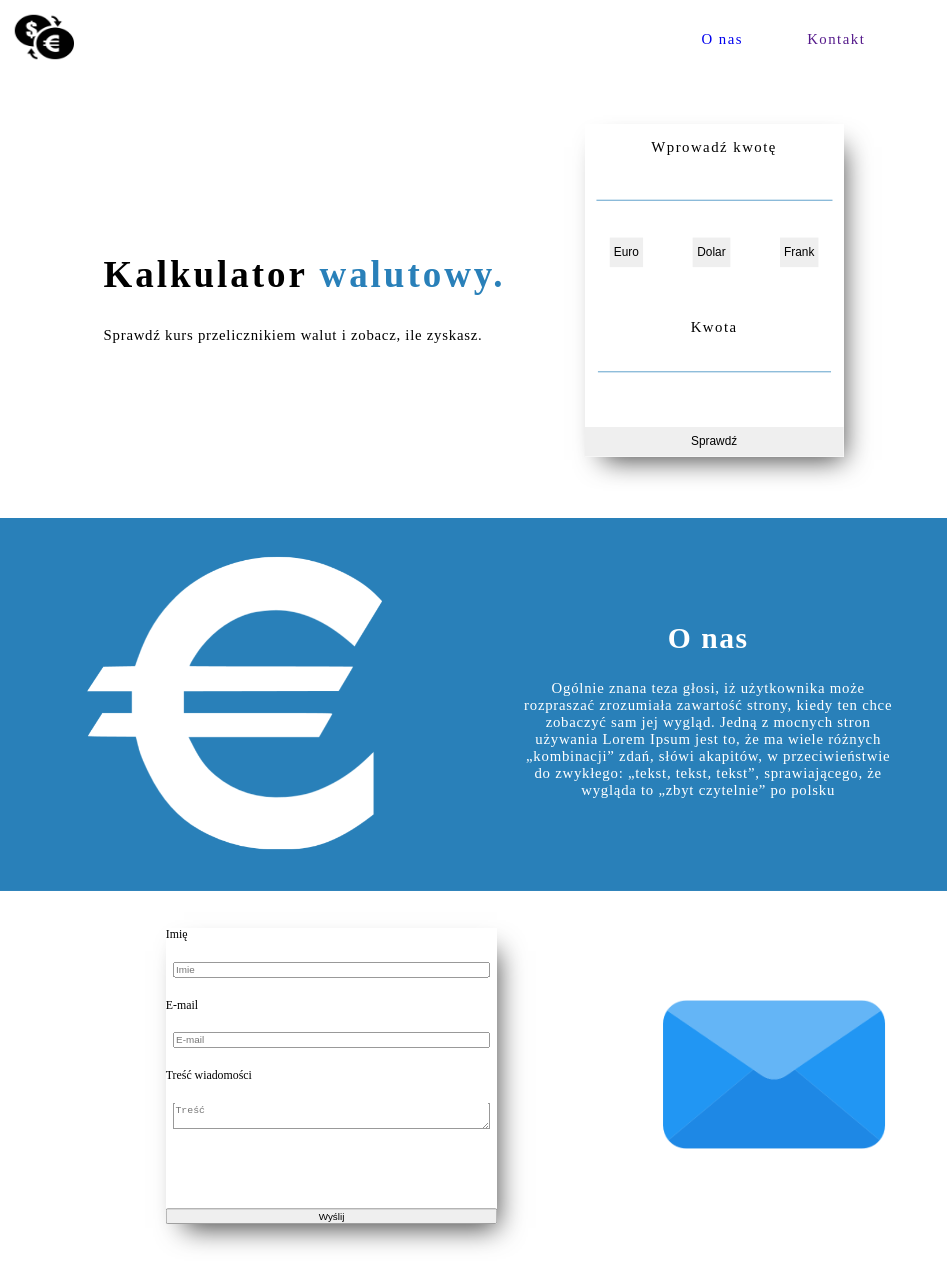
Repository: SebastianArmata22/Kalkulator-walut
Page: index.html
The author's editor kept a copy of each file at every save. The page is drawn from the files as they stood at one save, then again after the next save.
The browser window is 1280 px wide. The pictures show the whole page, at 74% of full size.

Above is the page before, as saved 2020-10-24 14:06:25.

### index.html
<!DOCTYPE html>

<html>
    <head>
        <meta charset="utf-8">
        <meta http-equiv="X-UA-Compatible" content="IE=edge">
        <title>Kalkulator walut</title>
        <meta name="description" content="">
        <meta name="viewport" content="width=device-width, initial-scale=1">
        <link rel="stylesheet" href="style.css">
    </head>
    <body>

    <div class="container">
        <nav>
        <div class="menu-container">
            <div class="logo">
                <img src="./photos/logo.png">
            </div>
            <div class="menu">
                <ul>
                    <li><a href="#about-us">O nas</a></li>
                    <li><a href="">Kontakt</a></li>
                </ul>
            </div>
        </div>
        </nav>
        <section>
        <div class="main-content">
            <div class="calculator-content">
            <div class="text">
                <h1>Kalkulator <span>walutowy.</span></h1>
                <p>Sprawdź kurs przelicznikiem walut i zobacz, ile zyskasz.</p>
            </div>
            <div class="calculator ">
                <label for="inputNumber" class="text-label">Wprowadź kwotę</label><br>
                <input type="text" id="inputNumber">
                    <div class="inp-div">
                        <button id="euro">Euro</button>
                        <button id="euro">Dolar</button>
                        <button id="euro">Frank</button>
                    </div>
                <label for="outputNumber" class="text-label"> Kwota</label><br>
                <div id="outputNumber"></div>
                <button id="check">Sprawdź</button>
            </div>
        </div>
        <div class="about-us" id="about-us">
            <div class="photo-euro">
                <img src="./photos/euro-512.png">
            </div>
            <div class="abous-us-contact">
                <h1>O  nas</h1>
                <p>Ogólnie  znana  teza  głosi,  iż  użytkownika  może  rozpraszać  zrozumiała
                    zawartość  strony, kiedy ten chce zobaczyć sam jej wygląd.
                    Jedną z mocnych stron używania Lorem Ipsum jest to, że ma wiele różnych
                     „kombinacji” zdań, słówi akapitów, w przeciwieństwie do zwykłego: „tekst,
                        tekst,   tekst”,   sprawiającego,   że   wygląda   to   „zbyt   czytelnie”
                           po   polsku</p>
            </div>
        </div>
        </section>
        <div class="contact">
            <div class="contact-form-container">
            <form class="contact-form">
                <label for="">Imię</label><br />
                <input class="name" type="text" placeholder="Imie"><br />
                <label for="">E-mail</label><br />
                <input class="email" type="email" placeholder="E-mail"><br />
                <label for="">Treść wiadomości</label><br />
                <textarea class="text-area"  placeholder="Treść"></textarea>
                <button>Wyślij</button>

            </form>
        </div>
            <div class="contact-img">
                <img src="./photos/email.png">
            </div>
        </div>
    </div>
    </div>
        <script src="script.js" ></script>
    </body>
</html>

### style.css
body{
    margin: 0;
    padding: 0;
    box-sizing: border-box;
}
.container{
width: 100%;
}
.menu-container{
    position: relative;
    display: flex;
    align-items: center;
}
.logo img{
    position: relative;
    top: 0;
    left: 0;
    height: 60px;
    width: 80px;
    padding: 20px;
}
.menu{

    position: absolute;
    right: 0;
   margin-right: 50px;
}
.menu ul li{
    display: inline-flex;
    justify-content: space-around;
}
.menu ul li a{
    display: flex;
    text-decoration: none;
    height: 50px;
    width: 100px;
    justify-content: center;
    align-items: center;
    font-size: 20px;
    letter-spacing: 2px;
    margin-right: 50px;
}

.menu ul li a:hover{
    border-bottom: 5px solid #2980b9;
    margin-bottom: -5px;
    transition: all 0.3s ease-out;

}
.main-content{
    display: flex;
    align-items: center;
    justify-content: center;
    flex-wrap: wrap;
}
.calculator-content{
    min-width: 1000px;
    height: 80vh;
    display: flex;
    align-items: center;
    justify-content:space-between;
}
.calculator{
    display: flex;
    flex-direction: column;
    box-shadow: 12px 18px 35px -13px rgba(0,0,0,0.75);
    height: 450px;
    width: 350px;
    text-align: center;
}
.text h1{
    font-size: 50px;
    letter-spacing: 4px;
}
.text p{
    font-size: 20px;
    letter-spacing: 1px;

}
#outputNumber{
    width: 90%;
    height: 30px;
    border-bottom: 1px solid #2980b9;
    margin: auto;
    margin-top: 0;

}
.calculator button{
    height: 40px;
    border-style: none;
    font-size: 16px;
}
.calculator button:hover{
    background-color: #2980b9;
    color: white;
    transition: all 0.3s ease-out;
}
.calculator input[type=text]{
    border-style: none;
    height: 40px;
    border-bottom: 1px solid #2980b9;
    width: 90%;
    margin: auto;
    margin-top: 0px;
    margin-bottom: 50px;
}
.text-label{
    margin-top: 20px;
    font-size: 20px;
    letter-spacing: 2px;
}

.inp-div{
    display: flex;
    flex-direction: row;
    align-items: center;
    justify-content: space-around;

}

.inp-div button{
margin-bottom: 50px;
}
.text span{
    color: #2980b9;
}
.about-us{
    display: flex;
    justify-content: space-around;
    align-items: center;
    margin-top: 20px;
    text-align: center;
    background-color: #2980b9;
}
.about-us img{
    height: 400px;
}
.abous-us-contact{
    width: 40%;
}
.abous-us-contact h1{
    letter-spacing: 2px;
    font-size: 40px;
    color: white;
}
.abous-us-contact p{
    font-size: 20px;
    letter-spacing: 1px;
    color: white;

}
.photo-euro{
    padding: 50px;
}
.contact{
    display: flex;
    align-items: center;
    justify-content: space-s;
    margin: 50px 0 50px 0;
}
.contact-form{
    display: flex;
    flex-direction: column;
    box-shadow: 12px 18px 35px -13px rgba(0,0,0,0.75);
    width: 50%;
    height: 400px;
    position: relative;

}
.contact-form input {
    margin: 10px;
}
.contact-form textarea
{
    margin: 10px;
}
.contact-form button{
position: absolute;
bottom: 0;
width: 100%;
}

.contact-form-container{
    width: 70%;
    display: flex;
    align-items: center;
    justify-content: center;
}
.contact-img img{
max-width: 300px;

}

Loaded but not shown: script.js (no copy from this time; the picture is the same without it)

After the next save:
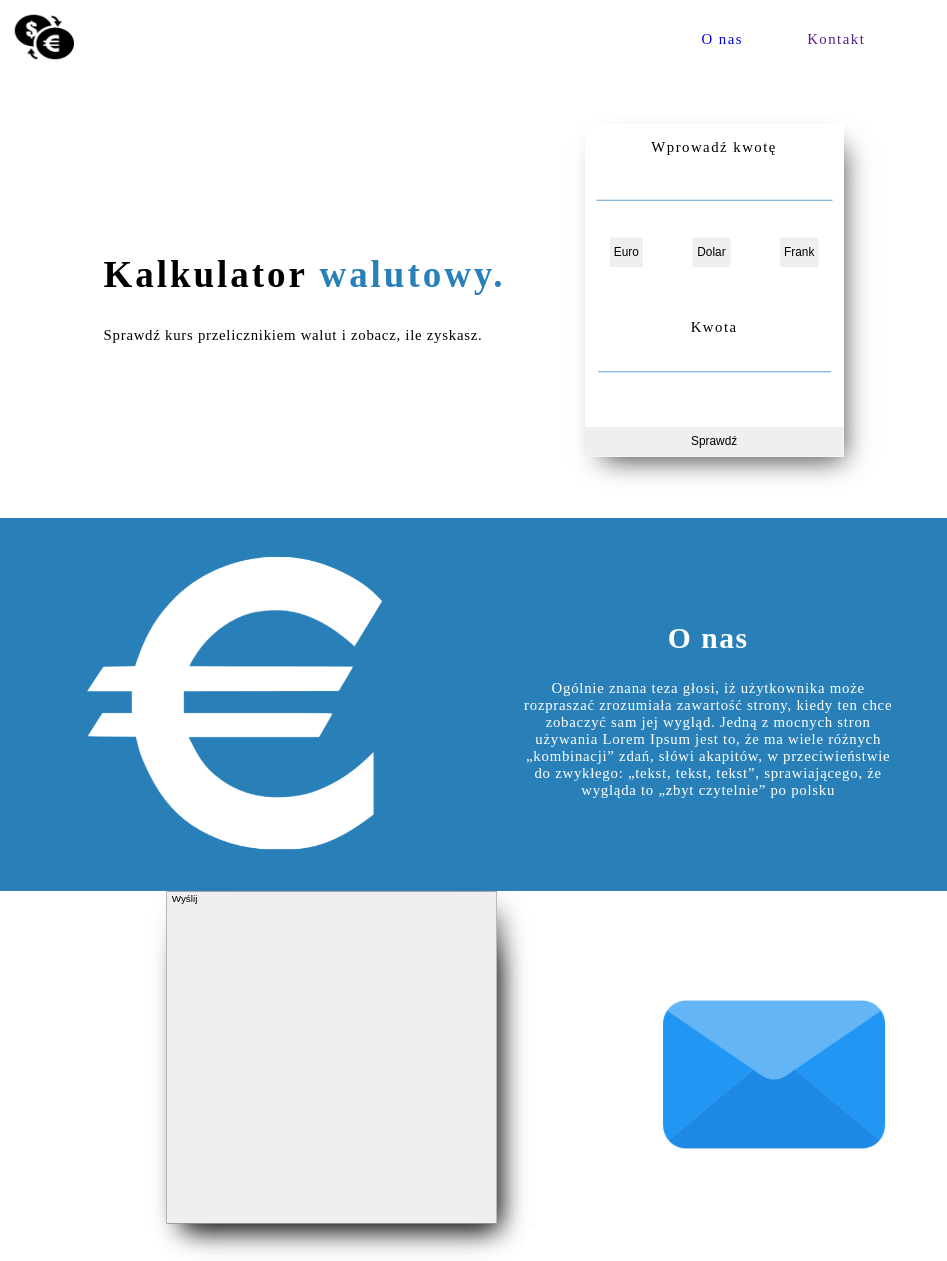
Saved 50 s later.
--- a/index.html
+++ b/index.html
@@ -69,7 +69,7 @@
                 <input class="email" type="email" placeholder="E-mail"><br />
                 <label for="">Treść wiadomości</label><br />
                 <textarea class="text-area"  placeholder="Treść"></textarea>
-                <button>Wyślij</button>
+                <button class="calculator">Wyślij</button>
 
             </form>
         </div>

After the save that followed:
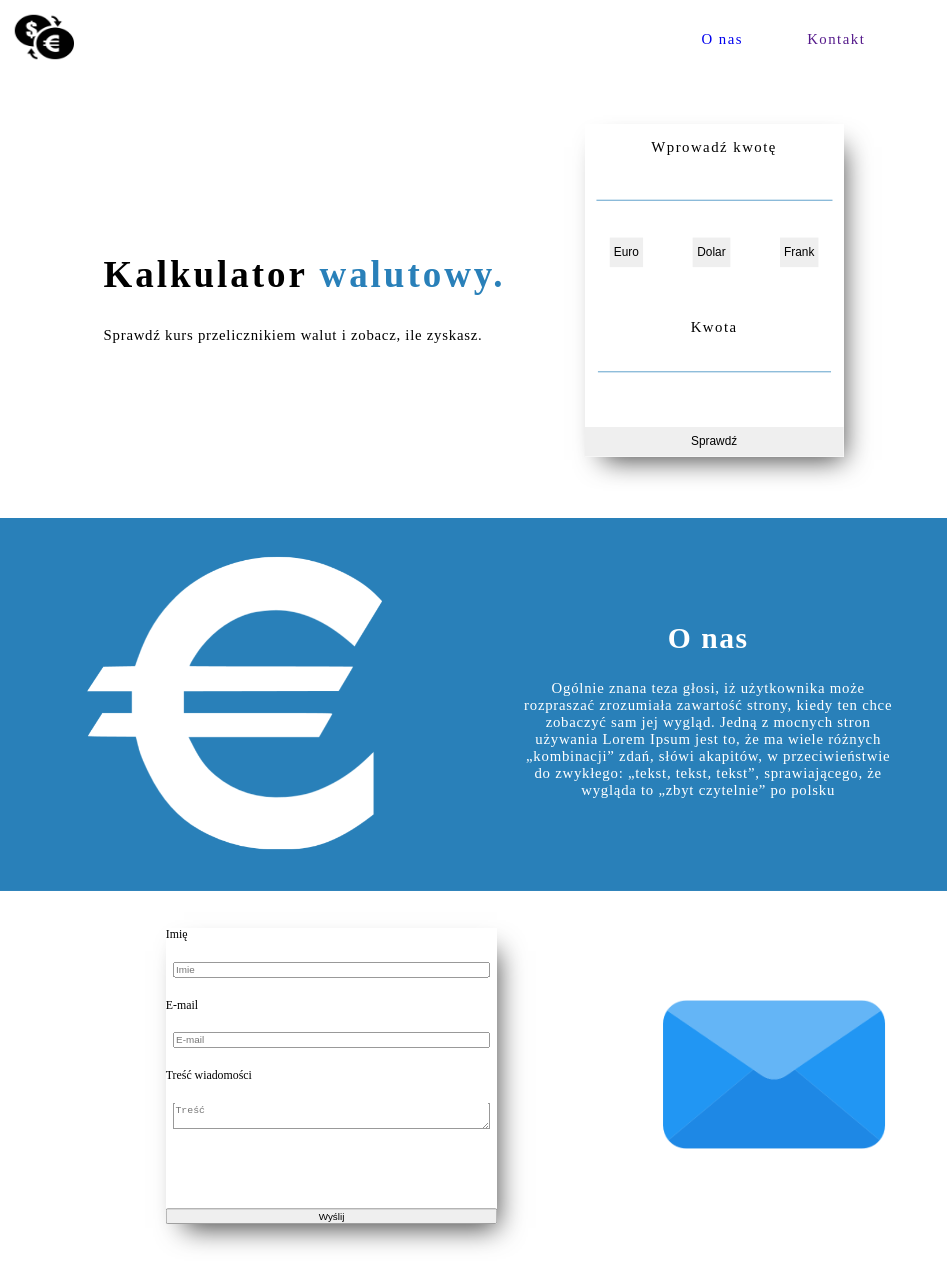
Saved 27 s later.
--- a/index.html
+++ b/index.html
@@ -69,7 +69,7 @@
                 <input class="email" type="email" placeholder="E-mail"><br />
                 <label for="">Treść wiadomości</label><br />
                 <textarea class="text-area"  placeholder="Treść"></textarea>
-                <button class="calculator">Wyślij</button>
+                <button class="">Wyślij</button>
 
             </form>
         </div>
